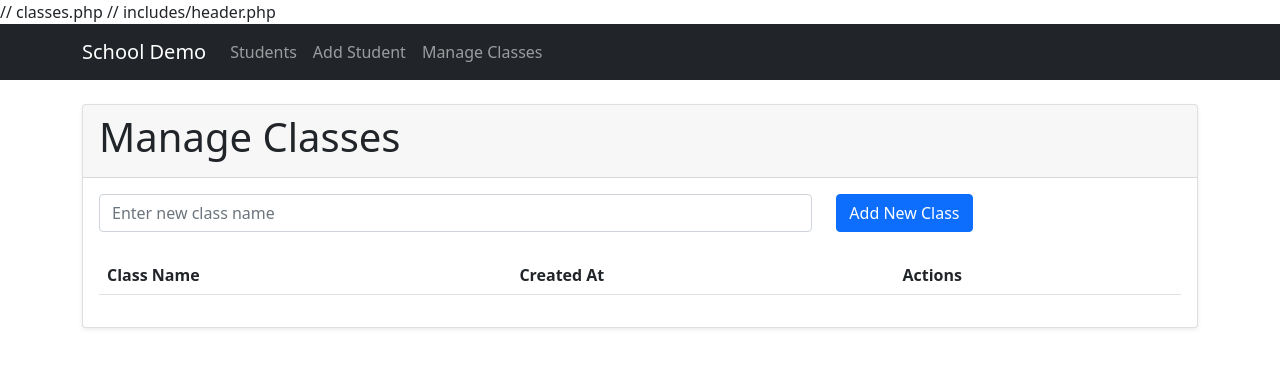
Repository: ASHVAMI/school_demo
Page: http://localhost/classes.php
The author's editor kept a copy of each file at every save. The page is drawn from the files as they stood at one save, then again after the next save.
The browser window is 1280 px wide. The pictures show the whole page.
The page is run by PHP 8.4 with error messages shown; the project is at /var/www/html/. Queries for data that is not in the repository find no rows.

Above is the page before, as saved 2024-11-30 23:35:28.

### classes.php
// classes.php
<?php
require_once 'config/database.php';
require_once 'classes/ClassRoom.php';

$classroom = new ClassRoom($pdo);
$classes = $classroom->getAllClasses();

$errors = [];
$success = '';

// Handle class creation
if ($_SERVER['REQUEST_METHOD'] == 'POST' && isset($_POST['action'])) {
    switch ($_POST['action']) {
        case 'create':
            if (!empty($_POST['name'])) {
                if ($classroom->createClass($_POST['name'])) {
                    $success = "Class created successfully";
                    header("Location: classes.php");
                    exit;
                } else {
                    $errors[] = "Error creating class";
                }
            } else {
                $errors[] = "Class name is required";
            }
            break;

        case 'update':
            if (!empty($_POST['name']) && !empty($_POST['class_id'])) {
                if ($classroom->updateClass($_POST['class_id'], $_POST['name'])) {
                    $success = "Class updated successfully";
                    header("Location: classes.php");
                    exit;
                } else {
                    $errors[] = "Error updating class";
                }
            }
            break;

        case 'delete':
            if (!empty($_POST['class_id'])) {
                if ($classroom->deleteClass($_POST['class_id'])) {
                    $success = "Class deleted successfully";
                    header("Location: classes.php");
                    exit;
                } else {
                    $errors[] = "Error deleting class";
                }
            }
            break;
    }
}

include 'includes/header.php';
?>

<div class="card">
    <div class="card-header">
        <h1>Manage Classes</h1>
    </div>
    <div class="card-body">
        <?php if (!empty($errors)): ?>
            <div class="alert alert-danger">
                <ul class="mb-0">
                    <?php foreach ($errors as $error): ?>
                        <li><?php echo htmlspecialchars($error); ?></li>
                    <?php endforeach; ?>
                </ul>
            </div>
        <?php endif; ?>

        <?php if ($success): ?>
            <div class="alert alert-success">
                <?php echo htmlspecialchars($success); ?>
            </div>
        <?php endif; ?>

        <!-- Add New Class Form -->
        <form method="post" class="mb-4">
            <input type="hidden" name="action" value="create">
            <div class="row">
                <div class="col-md-8">
                    <input type="text"
                           name="name"
                           class="form-control"
                           placeholder="Enter new class name"
                           required>
                </div>
                <div class="col-md-4">
                    <button type="submit" class="btn btn-primary">Add New Class</button>
                </div>
            </div>
        </form>

        <!-- Classes List -->
        <table class="table">
            <thead>
                <tr>
                    <th>Class Name</th>
                    <th>Created At</th>
                    <th>Actions</th>
                </tr>
            </thead>
            <tbody>
                <?php foreach ($classes as $class): ?>
                    <tr>
                        <td><?php echo htmlspecialchars($class['name']); ?></td>
                        <td><?php echo date('F j, Y', strtotime($class['created_at'])); ?></td>
                        <td>
                            <button type="button"
                                    class="btn btn-sm btn-warning"
                                    data-bs-toggle="modal"
                                    data-bs-target="#editModal<?php echo $class['class_id']; ?>">
                                Edit
                            </button>
                            <form method="post" class="d-inline">
                                <input type="hidden" name="action" value="delete">
                                <input type="hidden" name="class_id" value="<?php echo $class['class_id']; ?>">
                                <button type="submit"
                                        class="btn btn-sm btn-danger"
                                        onclick="return confirm('Are you sure? This will delete all students in this class!')">
                                    Delete
                                </button>
                            </form>
                        </td>
                    </tr>

                    <!-- Edit Modal for each class -->
                    <div class="modal fade" id="editModal<?php echo $class['class_id']; ?>" tabindex="-1">
                        <div class="modal-dialog">
                            <div class="modal-content">
                                <form method="post">
                                    <input type="hidden" name="action" value="update">
                                    <input type="hidden" name="class_id" value="<?php echo $class['class_id']; ?>">

                                    <div class="modal-header">
                                        <h5 class="modal-title">Edit Class</h5>
                                        <button type="button" class="btn-close" data-bs-dismiss="modal"></button>
                                    </div>
                                    <div class="modal-body">
                                        <div class="mb-3">
                                            <label for="name<?php echo $class['class_id']; ?>" class="form-label">
                                                Class Name
                                            </label>
                                            <input type="text"
                                                   class="form-control"
                                                   id="name<?php echo $class['class_id']; ?>"
                                                   name="name"
                                                   value="<?php echo htmlspecialchars($class['name']); ?>"
                                                   required>
                                        </div>
                                    </div>
                                    <div class="modal-footer">
                                        <button type="button" class="btn btn-secondary" data-bs-dismiss="modal">
                                            Close
                                        </button>
                                        <button type="submit" class="btn btn-primary">Save Changes</button>
                                    </div>
                                </form>
                            </div>
                        </div>
                    </div>
                <?php endforeach; ?>
            </tbody>
        </table>
    </div>
</div>

<?php include 'includes/footer.php'; ?>

### config/database.php

<?php
class Database {
    private $host = "localhost";
    private $db_name = "school_db";
    private $username = "root";
    private $password = "";
    private $conn;

    public function getConnection() {
        $this->conn = null;

        try {
            $this->conn = new PDO(
                "mysql:host=" . $this->host . ";dbname=" . $this->db_name,
                $this->username,
                $this->password
            );
            $this->conn->setAttribute(PDO::ATTR_ERRMODE, PDO::ERRMODE_EXCEPTION);
            $this->conn->setAttribute(PDO::ATTR_DEFAULT_FETCH_MODE, PDO::FETCH_ASSOC);
        } catch(PDOException $e) {
            echo "Connection Error: " . $e->getMessage();
        }

        return $this->conn;
    }
}

$database = new Database();
$pdo = $database->getConnection();
?>

### classes/ClassRoom.php

<?php
class ClassRoom {
    private $conn;
    private $table_name = "classes";

    public function __construct($db) {
        $this->conn = $db;
    }

    public function getAllClasses() {
        $query = "SELECT * FROM " . $this->table_name . " ORDER BY name ASC";
        $stmt = $this->conn->prepare($query);
        $stmt->execute();
        return $stmt->fetchAll();
    }

    public function getClass($id) {
        $query = "SELECT * FROM " . $this->table_name . " WHERE class_id = :id";
        $stmt = $this->conn->prepare($query);
        $stmt->bindParam(":id", $id);
        $stmt->execute();
        return $stmt->fetch();
    }

    public function createClass($name) {
        $query = "INSERT INTO " . $this->table_name . " (name) VALUES (:name)";
        $stmt = $this->conn->prepare($query);
        $stmt->bindParam(":name", $name);
        return $stmt->execute();
    }

    public function updateClass($id, $name) {
        $query = "UPDATE " . $this->table_name . " SET name = :name WHERE class_id = :id";
        $stmt = $this->conn->prepare($query);
        $stmt->bindParam(":name", $name);
        $stmt->bindParam(":id", $id);
        return $stmt->execute();
    }

    public function deleteClass($id) {
        $query = "DELETE FROM " . $this->table_name . " WHERE class_id = :id";
        $stmt = $this->conn->prepare($query);
        $stmt->bindParam(":id", $id);
        return $stmt->execute();
    }
}
?>

### includes/header.php
// includes/header.php
<!DOCTYPE html>
<html lang="en">
<head>
    <meta charset="UTF-8">
    <meta name="viewport" content="width=device-width, initial-scale=1.0">
    <title>School Management System</title>
    <link href="https://cdn.jsdelivr.net/npm/bootstrap@5.1.3/dist/css/bootstrap.min.css" rel="stylesheet">
    <link href="assets/css/style.css" rel="stylesheet">
</head>
<body>
    <nav class="navbar navbar-expand-lg navbar-dark bg-dark mb-4">
        <div class="container">
            <a class="navbar-brand" href="index.php">School Demo</a>
            <button class="navbar-toggler" type="button" data-bs-toggle="collapse" data-bs-target="#navbarNav">
                <span class="navbar-toggler-icon"></span>
            </button>
            <div class="collapse navbar-collapse" id="navbarNav">
                <ul class="navbar-nav">
                    <li class="nav-item">
                        <a class="nav-link" href="index.php">Students</a>
                    </li>
                    <li class="nav-item">
                        <a class="nav-link" href="create.php">Add Student</a>
                    </li>
                    <li class="nav-item">
                        <a class="nav-link" href="classes.php">Manage Classes</a>
                    </li>
                </ul>
            </div>
        </div>
    </nav>
    <div class="container">

### includes/footer.php

    </div>
    <script src="https://cdn.jsdelivr.net/npm/bootstrap@5.1.3/dist/js/bootstrap.bundle.min.js"></script>
    <script src="assets/js/main.js"></script>
</body>
</html>

### assets/css/style.css

.student-image {
    max-width: 150px;
    height: auto;
}

.image-preview {
    max-width: 200px;
    margin-top: 10px;
    display: none;
}

.table-responsive {
    margin-bottom: 1rem;
}

.form-group {
    margin-bottom: 1rem;
}

.alert {
    margin-bottom: 1rem;
}

.card {
    margin-bottom: 2rem;
    box-shadow: 0 0.125rem 0.25rem rgba(0, 0, 0, 0.075);
}

.btn-group-sm > .btn, .btn-sm {
    padding: 0.25rem 0.5rem;
    font-size: 0.875rem;
    border-radius: 0.2rem;
}

.navbar {
    margin-bottom: 2rem;
}

.invalid-feedback {
    display: none;
    width: 100%;
    margin-top: 0.25rem;
    font-size: 80%;
    color: #dc3545;
}

.was-validated .form-control:invalid ~ .invalid-feedback {
    display: block;
}

### assets/js/main.js

document.addEventListener('DOMContentLoaded', function() {
    // Preview image before upload
    const imageInput = document.querySelector('input[type="file"]');
    const imagePreview = document.querySelector('.image-preview');

    if (imageInput && imagePreview) {
        imageInput.addEventListener('change', function() {
            const file = this.files[0];
            if (file) {
                const reader = new FileReader();
                reader.onload = function(e) {
                    imagePreview.src = e.target.result;
                    imagePreview.style.display = 'block';
                }
                reader.readAsDataURL(file);
            }
        });
    }

    // Form validation
    const forms = document.querySelectorAll('.needs-validation');
    forms.forEach(form => {
        form.addEventListener('submit', function(event) {
            if (!form.checkValidity()) {
                event.preventDefault();
                event.stopPropagation();
            }
            form.classList.add('was-validated');
        });
    });
});

After the next save:
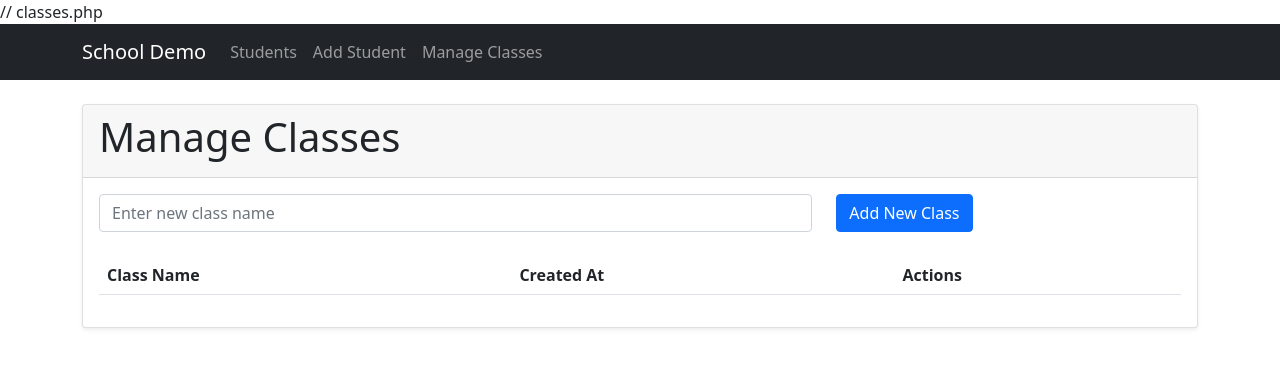
Saved 7 s later.
--- a/includes/header.php
+++ b/includes/header.php
@@ -1,4 +1,4 @@
-// includes/header.php
+
 <!DOCTYPE html>
 <html lang="en">
 <head>
